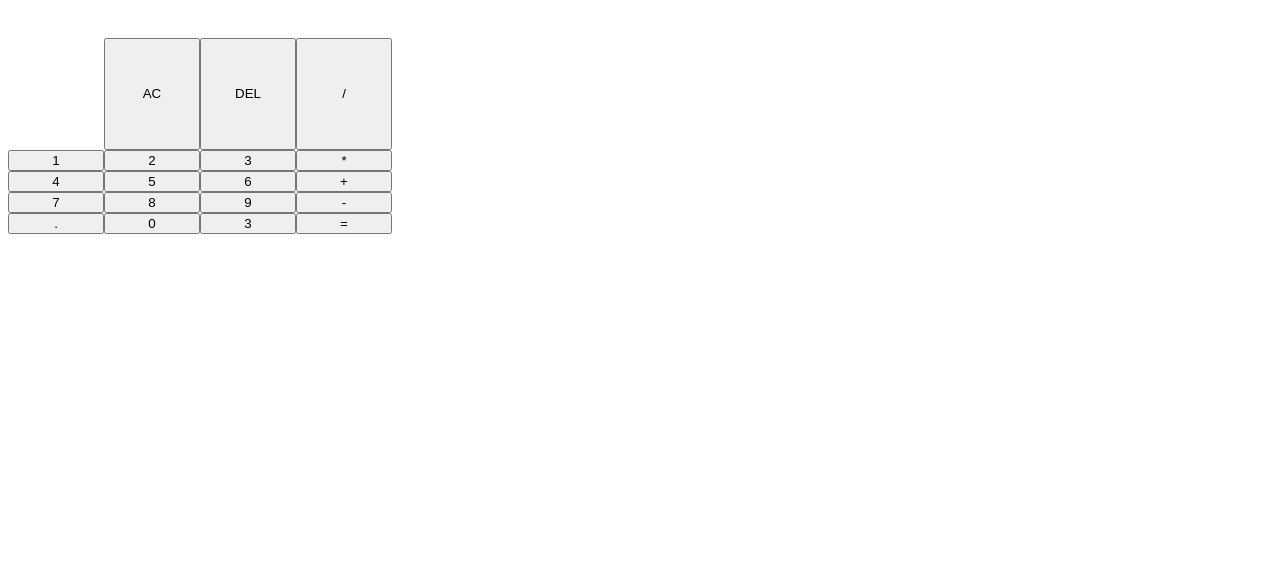
Repository: khadergw/calculator
Page: / (app in calculator/)
An editor plug-in stored every save of this project. The page is shown before and after the next save, followed by the edit.
The browser window is 1280 px wide. The pictures show the whole page.
The project was rebuilt for these pictures with package versions that can differ from the ones it lists, and the page was loaded fresh each time. Also part of the build but not shown: calculator/src/App.css.

Above is the page before, as saved 2022-09-10 23:18:53.

### calculator/src/App.js
import './App.css';
import './styles.css';

function App() {
  return (
    <div className="CalGrid">
      <div className='output'>
        <div className='prevOper'></div>
        <div className='currOper'></div>
      </div>
      <button className='wider'>AC</button>
      <button>DEL</button>
      <button>/</button>
      <button>1</button>
      <button>2</button>
      <button>3</button>
      <button>*</button>
      <button>4</button>
      <button>5</button>
      <button>6</button>
      <button>+</button>
      <button>7</button>
      <button>8</button>
      <button>9</button>
      <button>-</button>
      <button>.</button>
      <button>0</button>
      <button>3</button>
      <button className='wider'>=</button>


    </div>
  );
}

export default App;

### calculator/src/styles.css
.CalGrid {
  display: grid;
  margin-top: 3%;
  grid-template-columns: repeat(4, 6rem);
  grid-template-rows: minmax(7rem, auto) ;

}

Loaded but not shown: calculator/public/index.html (common file); calculator/src/index.js (common file)

After the next save:
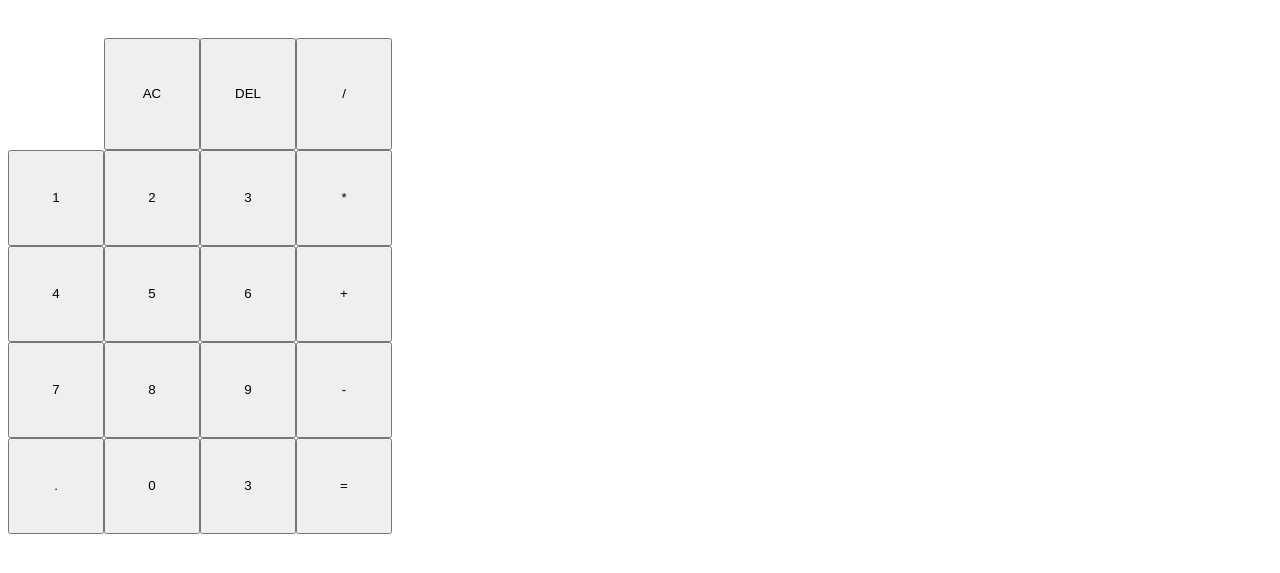
Saved 39 s later.
--- a/calculator/src/styles.css
+++ b/calculator/src/styles.css
@@ -2,6 +2,6 @@
   display: grid;
   margin-top: 3%;
   grid-template-columns: repeat(4, 6rem);
-  grid-template-rows: minmax(7rem, auto) ;
+  grid-template-rows: minmax(7rem, auto) repeat(5, 6rem);
 
 }
